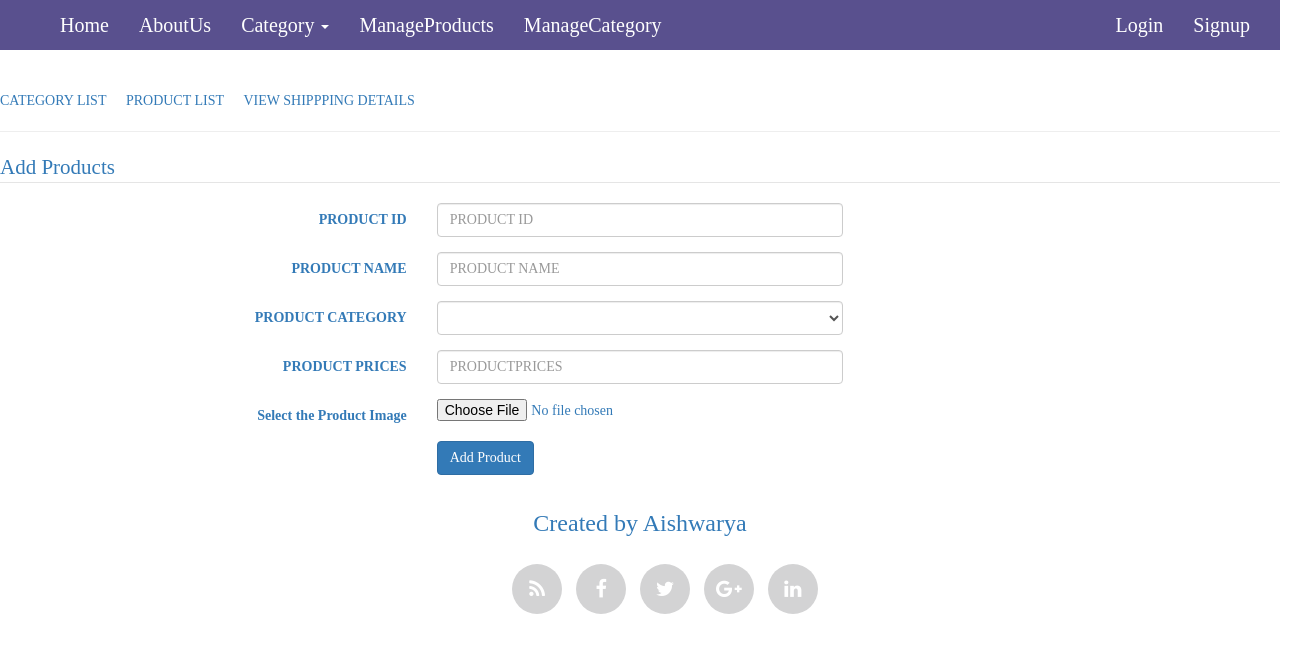
Repository: qwertuy/DTPROGRAMSPROJECTS
Page: http://localhost/Ecommerce/WEB-INF/views/Adding.jsp
An editor plug-in stored every save of this project. The page is shown before and after the next save, followed by the edit.
The browser window is 1280 px wide. The page is 1295 px wide, so the pictures cover 1295 px, including what lies to the right of the window. The pictures show the whole page.
Some web libraries are served in a nearby version. The page is served by Tomcat 9. Nobody is signed in. The template is opened directly, without the code that normally fills it, so the values that code supplies are empty.

Above is the page before, as saved 2018-03-18 11:41:38.
Console error: SyntaxError: Unexpected token '{'

After the next save:
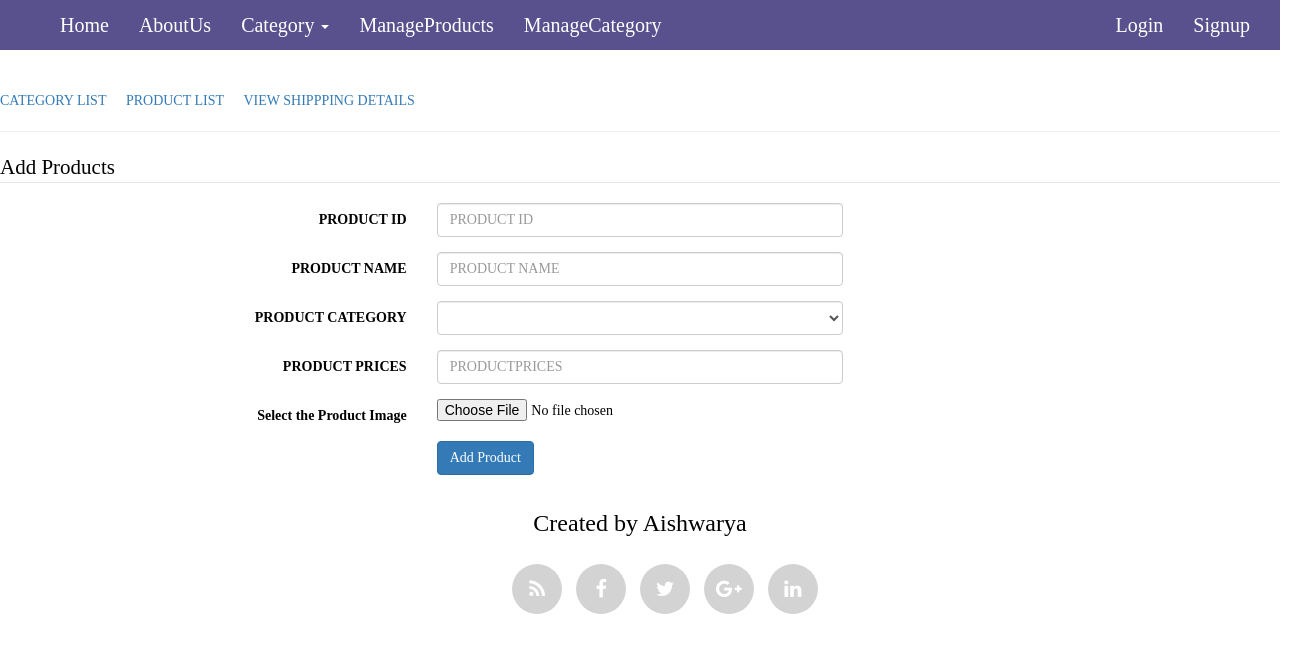
Saved 82 s later.
--- a/Ecommerce/src/main/webapp/WEB-INF/views/Adding.jsp
+++ b/Ecommerce/src/main/webapp/WEB-INF/views/Adding.jsp
@@ -30,7 +30,7 @@
 <fieldset>
 
 <!-- Form Name -->
-<legend><a href="" style="font-family:Aharoni">Add Products</legend>
+<legend><a href="" style="color:black;font-family:Aharoni">Add Products</legend>
 
 
 <!-- Text input-->
